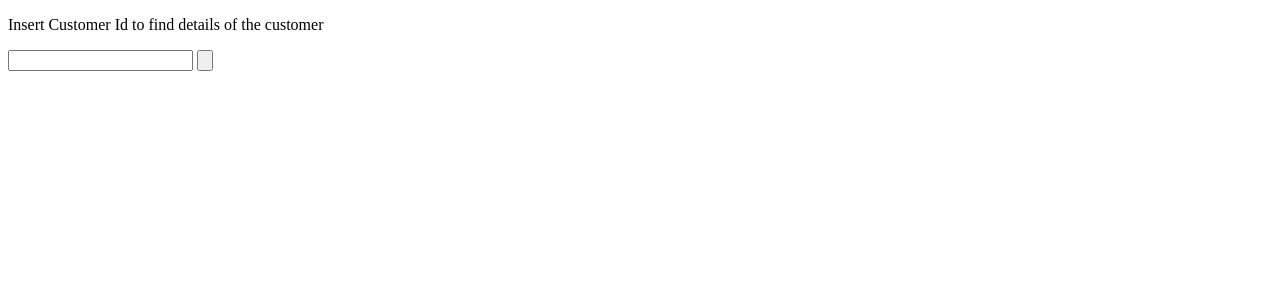
Repository: IshaMhashete/workspace2
Page: Hiber_Web/src/main/webapp/Find_Customer.html
An editor plug-in stored every save of this project. The page is shown before and after the next save, followed by the edit.
The browser window is 1280 px wide. The pictures show the whole page.

Above is the page before, as saved 2019-12-07 09:35:08.

### Hiber_Web/src/main/webapp/Find_Customer.html
<!DOCTYPE html>
<html>
<head>
<meta charset="ISO-8859-1">
<title>Insert title here</title>
</head>
<body>
<p>Insert Customer Id to find details of the customer</p>
<input type="number" name="customer_Id">
<input type="button" name="submit">
</body>
</html>

After the next save:
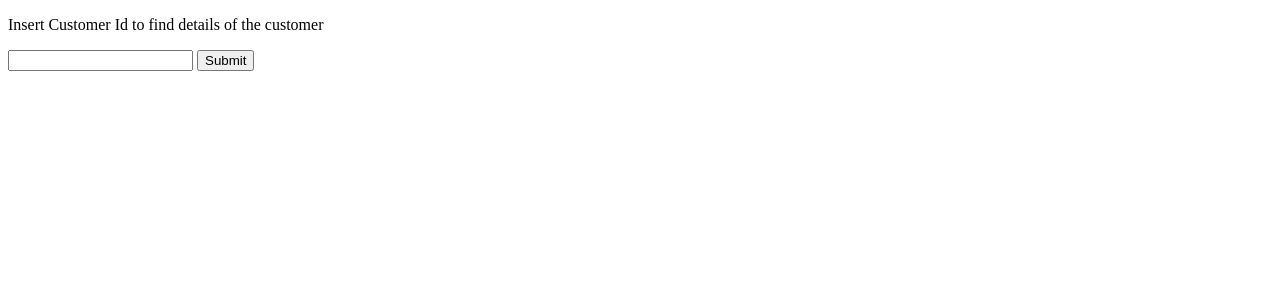
Saved 35 s later.
--- a/Hiber_Web/src/main/webapp/Find_Customer.html
+++ b/Hiber_Web/src/main/webapp/Find_Customer.html
@@ -7,6 +7,6 @@
 <body>
 <p>Insert Customer Id to find details of the customer</p>
 <input type="number" name="customer_Id">
-<input type="button" name="submit">
+<input type="submit" name="submit">
 </body>
 </html>
